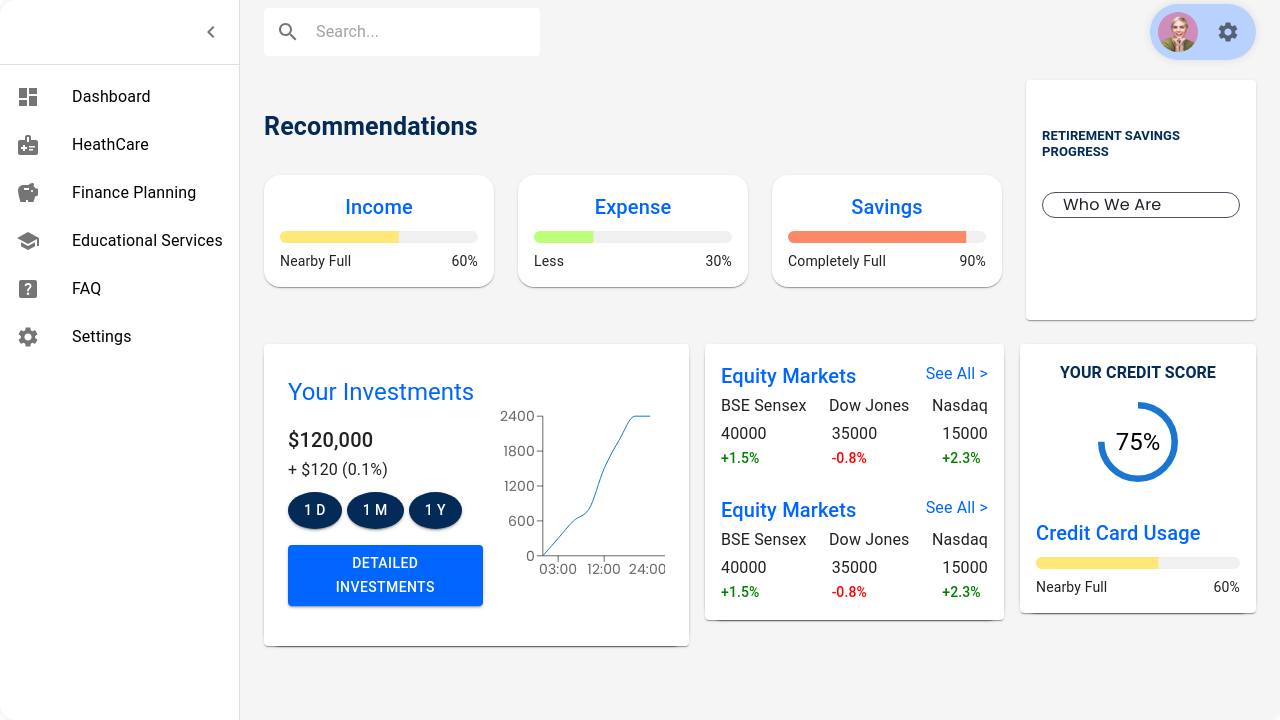
Repository: shubhampirate/TIAA_Retirement_hackathon
Page: /education
These files come from the project's save history. The page is drawn as it stood at one moment and after the next save; the edit follows.
The browser window is 1280 px wide. The pictures show the whole page.
The project was rebuilt for these pictures with package versions that can differ from the ones it lists, and the page was loaded fresh each time. Also part of the build but not shown: src/Components/CustomButton.jsx, src/Components/Navbar.jsx, src/Components/Properties.jsx, src/Components/Footer.jsx, src/Components/Hero.jsx, src/pages/Sign_In.jsx, src/Components/GaugeChart.jsx, src/Components/Dashboard.jsx and 3 more.

Above is the page before, as saved 2023-11-18 18:50:52.

### src/index.css
@import url("https://fonts.googleapis.com/css2?family=Poppins:wght@400;500;700&display=swap");

* {
  margin: 0;
  padding: 0;
  box-sizing: border-box;
  font-family: "Poppins", sans-serif;
}

body {
  margin: 0;
  -webkit-font-smoothing: antialiased;
  -moz-osx-font-smoothing: grayscale;
}

code {
  font-family: source-code-pro, Menlo, Monaco, Consolas, "Courier New",
    monospace;
}

### src/App.jsx
import Hero from "./Components/Hero";
import SignIn from "./pages/Sign_In";
import Dashboard from "./Components/Dashboard";
import Education from "./Components/Education";
import Health from "./Components/Health";
import Settings from "./Components/Settings";
import Questions from "./Components/Questions";
import { Route, Routes } from "react-router-dom";
function App() {
  return (
    <>
      <Routes>
        <Route path="/SignIn" element={<><SignIn /></>} />
        <Route path="/dashboard" element={<><Dashboard /></>} />
        <Route path="/education" element={<><Education /></>} />
        <Route path="/health" element={<><Health /></>} />
        <Route path="/settings" element={<><Settings /></>} />
        <Route path="/questions" element={<><Questions /></>} />
        <Route path="/" element={<><Hero /></>} />
      </Routes>

    </>
  );
}

export default App;

### src/Components/Education.jsx
import * as React from 'react';
import { styled, createTheme, ThemeProvider } from '@mui/material/styles';
import CssBaseline from '@mui/material/CssBaseline';
import MuiDrawer from '@mui/material/Drawer';
import Box from '@mui/material/Box';
import MuiAppBar from '@mui/material/AppBar';
import Toolbar from '@mui/material/Toolbar';
import List from '@mui/material/List';
import Typography from '@mui/material/Typography';
import Divider from '@mui/material/Divider';
import IconButton from '@mui/material/IconButton';
// import Badge from '@mui/material/Badge';
import Container from '@mui/material/Container';
import Grid from '@mui/material/Grid';
import Paper from '@mui/material/Paper';
// import Link from '@mui/material/Link';
import MenuIcon from '@mui/icons-material/Menu';
import ChevronLeftIcon from '@mui/icons-material/ChevronLeft';
// import NotificationsIcon from '@mui/icons-material/Notifications';
import SettingsIcon from '@mui/icons-material/Settings';
import { mainListItems } from './listItems';
// import Chart from './Chart';
import Deposits from './Deposits';

import heroImg_4 from "../media/img_4.jpeg";
import Button from '@mui/material/Button';
import LinearProgress from '@mui/material/LinearProgress';
import YourComponent from './YourComponent';
import SearchIcon from '@mui/icons-material/Search';

import InputBase from '@mui/material/InputBase';



  const Title = styled(Typography)(({ theme }) => ({
    fontSize: "25px",
    color: "#042A57",
    fontWeight: "bold",
    textAlign: "left",
    margin: theme.spacing(4, 0, 4, 0),
    [theme.breakpoints.down("sm")]: {
      fontSize: "30px",
    },
  }));
const drawerWidth = 240;

const AppBar = styled(MuiAppBar, {
  shouldForwardProp: (prop) => prop !== 'open',
})(({ theme, open }) => ({
  zIndex: theme.zIndex.drawer + 1,
  transition: theme.transitions.create(['width', 'margin'], {
    easing: theme.transitions.easing.sharp,
    duration: theme.transitions.duration.leavingScreen,
  }),
  ...(open && {
    marginLeft: drawerWidth,
    width: `calc(100% - ${drawerWidth}px)`,
    transition: theme.transitions.create(['width', 'margin'], {
      easing: theme.transitions.easing.sharp,
      duration: theme.transitions.duration.enteringScreen,
    }),
  }),
}));


const ProgressBarBox = ({ title, value }) => {
    let indicatorText = '';
    let color = '';

    if (value <= 30) {
      indicatorText = 'Less';
      color = '#BDFF7B';
    } else if (value <= 70) {
      indicatorText = 'Nearby Full';
      color = '#FFE779';
    } else {
      indicatorText = 'Completely Full';
      color = '#FC8965';
    }

    return (
      <Grid item xs={12} sm={6} md={4}>
        <Paper
          sx={{
            p: 2,
            display: 'flex',
            flexDirection: 'column',
            alignItems: 'center',
            borderRadius: '16px',
          }}
        >
          <Typography variant="h6" sx={{ mb: 1, color: "#0066FF" }}>
            {title}
          </Typography>
          <LinearProgress
          variant="determinate"
          value={value}
          sx={{
            width: '100%',
            height: '12px',
            borderRadius: '8px',
            backgroundColor: '#f0f0f0',
            marginBottom: '8px',
            '& .MuiLinearProgress-bar': {
              backgroundColor: color,
            },
          }}
        />

          <Box
          sx={{
            display: 'flex',
            justifyContent: 'space-between',
            width: '100%',

          }}
        >
          <Typography variant="body2">{indicatorText}</Typography>
          <Typography variant="body2">{value}%</Typography>
        </Box>
        </Paper>
      </Grid>
    );
  };
const Drawer = styled(MuiDrawer, { shouldForwardProp: (prop) => prop !== 'open' })(
  ({ theme, open }) => ({
    '& .MuiDrawer-paper': {
      position: 'relative',
      whiteSpace: 'nowrap',
      width: drawerWidth,
      transition: theme.transitions.create('width', {
        easing: theme.transitions.easing.sharp,
        duration: theme.transitions.duration.enteringScreen,
      }),
      boxSizing: 'border-box',
      ...(!open && {
        overflowX: 'hidden',
        transition: theme.transitions.create('width', {
          easing: theme.transitions.easing.sharp,
          duration: theme.transitions.duration.leavingScreen,
        }),
        width: theme.spacing(7),
        [theme.breakpoints.up('sm')]: {
          width: theme.spacing(9),
        },
      }),
    },
  }),
);

// TODO remove, this demo shouldn't need to reset the theme.
const defaultTheme = createTheme();

export default function Education() {
  const [open, setOpen] = React.useState(true);
  const toggleDrawer = () => {
    setOpen(!open);
  };

  return (
    <ThemeProvider theme={defaultTheme}>
      <Box sx={{ display: 'flex', borderRadius: '16px', overflow: 'hidden', boxShadow: '0px 0px 10px rgba(0, 0, 0, 0.1)' }} >
        <CssBaseline />

<AppBar position="absolute" open={open} sx={{ backgroundColor: "whitesmoke", boxShadow: 'none' }}>
  <Toolbar
    sx={{
      pr: '24px', // keep right padding when drawer closed
      display: 'flex',
      alignItems: 'center',
      justifyContent: 'space-between',
    }}
  >
    <Box sx={{ display: 'flex', alignItems: 'center' }}>
      <IconButton
        edge="start"
        aria-label="open drawer"
        onClick={toggleDrawer}
        sx={{
          marginRight: '36px',
          ...(open && { display: 'none' }),
          backgroundColor: "#fff"
        }}
      >
        <MenuIcon  />
      </IconButton>

      {/* Search tab */}
      <Box sx={{ display: 'flex', alignItems: 'center', backgroundColor: 'white', borderRadius: '4px', padding: '4px' }}>
        <IconButton>
          <SearchIcon />
        </IconButton>
        <InputBase
          placeholder="Search..."
          sx={{ ml: 1 }}
        />
      </Box>

    </Box>

    <Box sx={{ display: 'flex', alignItems: 'center', backgroundColor: '#B9D2FD', boxShadow: '0px 0px 10px rgba(0, 0, 0, 0.1)', borderRadius: '40px', padding: '8px' }}>
      {/* User profile image */}
      <img
        src={heroImg_4}
        alt="User Profile"
        style={{ borderRadius: '50%', width: '40px', height: '40px', marginRight: '10px' }}
      />

      {/* Settings button */}
      <IconButton>
        <SettingsIcon />
      </IconButton>
    </Box>
  </Toolbar>
</AppBar>

        <Drawer variant="permanent" open={open}>
          <Toolbar
            sx={{
              display: 'flex',
              alignItems: 'center',
              justifyContent: 'flex-end',
              px: [1],
            }}
          >
            <IconButton onClick={toggleDrawer}>
              <ChevronLeftIcon />
            </IconButton>
          </Toolbar>
          <Divider />
          <List component="nav">
            {mainListItems}
            {/* <Divider sx={{ my: 1 }} /> */}
            {/* {secondaryListItems} */}
          </List>
        </Drawer>
        <Box
          component="main"
          sx={{
            backgroundColor: (theme) =>
              theme.palette.mode === 'light'
                ? theme.palette.grey[100]
                : theme.palette.grey[900],
            flexGrow: 1,
            height: '100vh',
            overflow: 'auto',

          }}
        >
          <Toolbar />
          <Container maxWidth="lg" sx={{ mt: 2 , mb: 4 }}>
            <Grid container spacing={3}>

            <Grid item xs={12} md={8} lg={9}>

  <Title variant="h4" sx={{color: "#042A57"}}>
             Recommendations
            </Title>
            <Grid container spacing={3}>
      <ProgressBarBox title="Income" value={60} />
      <ProgressBarBox title="Expense" value={30} />
      <ProgressBarBox title="Savings" value={90} />
    </Grid>
</Grid>


               {/* Recent Deposits */}
              <Grid item xs={12} md={4} lg={3}>
                <Paper
                  sx={{
                    p: 2,
                    display: 'flex',
                    flexDirection: 'column',
                    height: 240,
                  }}
                >
                  <Deposits />
                </Paper>
              </Grid>
              {/* Recent Orders */}
              <Grid item xs={12}>
                {/* <Paper sx={{ p: 2, display: 'flex', flexDirection: 'column' }}> */}
                  <YourComponent />
                {/* </Paper> */}
              </Grid>
            </Grid>

          </Container>
        </Box>
      </Box>
    </ThemeProvider>
  );
}

### src/Components/listItems.jsx
import * as React from 'react';
import ListItemButton from '@mui/material/ListItemButton';
import ListItemIcon from '@mui/material/ListItemIcon';
import ListItemText from '@mui/material/ListItemText';
import DashboardIcon from '@mui/icons-material/Dashboard';
import MedicalInformationIcon from '@mui/icons-material/MedicalInformation';
import SavingsIcon from '@mui/icons-material/Savings';
import SchoolIcon from '@mui/icons-material/School';
import HelpCenterIcon from '@mui/icons-material/HelpCenter';
import SettingsIcon from '@mui/icons-material/Settings';
import { Link } from 'react-router-dom';


export const mainListItems = (
  <React.Fragment>
    <Link to="/dashboard" style={{ textDecoration: "none", color: "black" }}>
      <ListItemButton>
        <ListItemIcon>
          <DashboardIcon />
        </ListItemIcon>
        <ListItemText primary="Dashboard" />
      </ListItemButton>
    </Link>
    <Link to="/health" style={{ textDecoration: "none", color: "black" }}>
      <ListItemButton>
        <ListItemIcon>
          <MedicalInformationIcon />
        </ListItemIcon>
        <ListItemText primary="HeathCare" />
      </ListItemButton>
    </Link>
    <Link to="/dashboard" style={{ textDecoration: "none", color: "black" }}>
      <ListItemButton>
        <ListItemIcon>
          <SavingsIcon />
        </ListItemIcon>
        <ListItemText primary="Finance Planning" />
      </ListItemButton>
    </Link>
    <Link to="/education" style={{ textDecoration: "none", color: "black" }}>
      <ListItemButton>
        <ListItemIcon>
          <SchoolIcon />
        </ListItemIcon>
        <ListItemText primary="Educational Services" />
      </ListItemButton>
    </Link>
    <Link to="/questions" style={{ textDecoration: "none", color: "black" }}>
      <ListItemButton>
        <ListItemIcon>
          <HelpCenterIcon />
        </ListItemIcon>
        <ListItemText primary="FAQ" />
      </ListItemButton>
    </Link>
    <Link to="/settings" style={{ textDecoration: "none", color: "black" }}>
      <ListItemButton>
        <ListItemIcon>
          <SettingsIcon />
        </ListItemIcon>
        <ListItemText primary="Settings" />
      </ListItemButton>
    </Link>
  </React.Fragment >
);

// export const secondaryListItems = (
//   <React.Fragment>
//     <ListSubheader component="div" inset>
//       Saved reports
//     </ListSubheader>
//     <ListItemButton>
//       <ListItemIcon>
//         <AssignmentIcon />
//       </ListItemIcon>
//       <ListItemText primary="Current month" />
//     </ListItemButton>
//     <ListItemButton>
//       <ListItemIcon>
//         <AssignmentIcon />
//       </ListItemIcon>
//       <ListItemText primary="Last quarter" />
//     </ListItemButton>
//     <ListItemButton>
//       <ListItemIcon>
//         <AssignmentIcon />
//       </ListItemIcon>
//       <ListItemText primary="Year-end sale" />
//     </ListItemButton>
//   </React.Fragment>
// );

### src/Components/Deposits.jsx
import * as React from 'react';
import Link from '@mui/material/Link';
import Typography from '@mui/material/Typography';
// import Title from './Title';
import { styled, createTheme, ThemeProvider } from '@mui/material/styles';
import GaugeChart from './GaugeChart';


function preventDefault(event) {
  event.preventDefault();
}
const Title = styled(Typography)(({ theme }) => ({
  fontSize: "13px",
  color: "#042A57",
  fontWeight: "bold",
  textAlign: "left",
  margin: theme.spacing(4, 0, 4, 0),
  [theme.breakpoints.down("sm")]: {
    fontSize: "20px",
  },
}))
export default function Deposits() {
  return (
    <React.Fragment>
<Title variant="h4" sx={{color: "#042A57"}}>
RETIREMENT SAVINGS PROGRESS
            </Title>

            <div style={{
           display: 'inline-flex',
           alignItems: 'center', // Align items vertically in the center
           border: '0.5px solid #4B5162',
           paddingRight: '20px',
           paddingLeft: '20px',
           borderRadius: '30px'
    }}>


       <p >Who We Are</p>
        {/* <GaugeChart/> */}
    </div>

      <div>
        <Link color="primary" href="#" onClick={preventDefault}>
        </Link>
      </div>
    </React.Fragment>
  );
}

### src/Components/YourComponent.jsx
import React from 'react';
import { Box,Grid, Paper, Typography, CircularProgress, LinearProgress, Button } from '@mui/material';
import Chart from './Chart';
// import ArrowForwardIcon from '@mui/icons-material/ArrowForward';



const InvestmentsBox = () => (
  <Paper sx={{ pt: 4,pb:4, pl:3, pr:3, display: 'flex', flexDirection: 'column', alignItems: 'center' }}>
    <div style={{ display: 'flex', justifyContent: 'space-between', width: '100%' }}>
      <div style={{ textAlign: 'left' }}>
        <Typography variant="h5" sx={{color: '#0066FF' }}>Your Investments</Typography>
        <Typography variant="h6" sx={{mt:2}}>$120,000</Typography>
        <Typography variant="subtitle1">+ $120 (0.1%)</Typography>
        {/* Options to choose from */}
        <div style={{ display: 'flex', marginTop: '8px' }}>
          <Button
            variant="contained"
            style={{
              backgroundColor: '#042A57',
              color: '#FFF',
              borderRadius: '70%',
              minWidth: 'unset',
              marginRight: '5px',
            }}
          >
            1 D
          </Button>
          <Button
            variant="contained"
            style={{
              backgroundColor: '#042A57',
              color: '#FFF',
              borderRadius: '50%',
              minWidth: 'unset',
              marginRight: '5px',
            }}
          >
            1 M
          </Button>
          <Button
            variant="contained"
            style={{
              backgroundColor: '#042A57',
              color: '#FFF',
              borderRadius: '50%',
              minWidth: 'unset',
            }}
          >
            1 Y
          </Button>
        </div>
        <Button variant="contained"  sx={{ width: '100%', backgroundColor: '#0066FF', color: '#fff', mb:1 ,mt:{xs:0, md:2}  }}>
        Detailed Investments
        </Button>
      </div>
      {/* Chart (replace with your actual chart component) */}
      <div style={{ width: '50%', height: '150px', backgroundColor: '#fff' }}>
        {/* Replace this div with your actual chart component */}
        <div style={{ width: '100%', height: '140%', display: 'flex', justifyContent: 'center', alignItems: 'center' }}>
          <Chart />
        </div>
      </div>
    </div>
  </Paper>
);


const EquityMarketsBox = () => {
  // Mock data for market values
  const marketData = [
    { name: 'BSE Sensex', currentPrice: 40000, increasePercentage: 1.5 },
    { name: 'Dow Jones', currentPrice: 35000, increasePercentage: -0.8 },
    { name: 'Nasdaq', currentPrice: 15000, increasePercentage: 2.3 },
  ];

  return (
    <Paper sx={{ p: 2, display: 'flex', flexDirection: 'column' }}>
  <Typography variant="h6" style={{ display: 'flex', justifyContent: 'space-between', color: '#0066FF' }}>
        Equity Markets
        <Typography variant="subtitle1" style={{ cursor: 'pointer' }}>
          See All &gt;
        </Typography>
      </Typography>
    {/* Display market names in the first line */}
    <div style={{ display: 'flex', justifyContent: 'space-between' }}>
      {marketData.map((market) => (
        <Typography key={market.name} variant="subtitle1">{market.name}</Typography>
      ))}
    </div>
    {/* Display market values in the second line */}
    <div style={{ display: 'flex', justifyContent: 'space-between' }}>
      {marketData.map((market) => (
        <div key={market.name}>
          <Typography variant="subtitle1">{market.currentPrice}</Typography>
          <Typography variant="subtitle2" style={{ color: market.increasePercentage >= 0 ? 'green' : 'red' }}>
            {market.increasePercentage >= 0 ? '+' : ''}{market.increasePercentage}%
          </Typography>
        </div>
      ))}
    </div>
 <br />
  <Typography variant="h6" style={{ display: 'flex', justifyContent: 'space-between', color: '#0066FF' }}>
        Equity Markets
        <Typography variant="subtitle1" style={{ cursor: 'pointer' }}>
          See All &gt;
        </Typography>
      </Typography>
    {/* Display market names in the first line */}
    <div style={{ display: 'flex', justifyContent: 'space-between' }}>
      {marketData.map((market) => (
        <Typography key={market.name} variant="subtitle1">{market.name}</Typography>
      ))}
    </div>
    {/* Display market values in the second line */}
    <div style={{ display: 'flex', justifyContent: 'space-between' }}>
      {marketData.map((market) => (
        <div key={market.name}>
          <Typography variant="subtitle1">{market.currentPrice}</Typography>
          <Typography variant="subtitle2" style={{ color: market.increasePercentage >= 0 ? 'green' : 'red' }}>
            {market.increasePercentage >= 0 ? '+' : ''}{market.increasePercentage}%
          </Typography>
        </div>
      ))}
    </div>

  </Paper>
);
};



// Component for the third box
  // Component for the first box
const ProgressBarBox = ({ title, value }) => {
    let indicatorText = '';
    let color = '';

    if (value <= 30) {
      indicatorText = 'Less';
      color = '#BDFF7B';
    } else if (value <= 70) {
      indicatorText = 'Nearby Full';
      color = '#FFE779';
    } else {
      indicatorText = 'Completely Full';
      color = '#FC8965';
    }

    return (
      <Grid container>
        <Typography variant="h6" sx={{ mb: 1, color: "#0066FF" }}>
          {title}
        </Typography>
        <LinearProgress
          variant="determinate"
          value={value}
          sx={{
            width: '100%',
            height: '12px',
            borderRadius: '8px',
            backgroundColor: '#f0f0f0',
            marginBottom: '8px',
            '& .MuiLinearProgress-bar': {
              backgroundColor: color,
            },
          }}
        />
        <Box
          sx={{
            display: 'flex',
            justifyContent: 'space-between',
            width: '100%',
          }}
        >
          <Typography variant="body2">{indicatorText}</Typography>
          <Typography variant="body2">{value}%</Typography>
        </Box>
      </Grid>
    );
  };

  // Component for the third box
  const CreditScoreBox = () => (
    <Paper sx={{ p: 2, display: 'flex', flexDirection: 'column', alignItems: 'center', position: 'relative' }}>
      <Typography variant="h6" sx={{mb:{xs:0, md:2}, color: "#042A57", fontSize: "16px", fontWeight: "bold"}}>YOUR CREDIT SCORE</Typography>
      {/* <br /> */}
      {/* Circular Progress Bar */}
      <div style={{ position: 'relative', width: '80px', height: '80px', marginBottom:"35px" }}>
        <CircularProgress variant="determinate" value={75} size={80} />
        {/* Display the percentage in the center of the circular progress bar */}
        <Typography
          variant="h5"
          style={{
            position: 'absolute',
            top: '50%',
            left: '50%',
            transform: 'translate(-50%, -50%)',
            color: '#000', // Adjust text color as needed
          }}
        >
          75%
        </Typography>
      </div>
      {/* <br /> */}
      {/* Include ProgressBarBox with the entire width */}
      <ProgressBarBox title="Credit Card Usage" value={60} />
    </Paper>
  );

// Main component
const YourComponent = () => (
  <Grid container spacing={2}>
    <Grid item xs={12} md={9}>
      <Grid container spacing={2} style={{ height: '100%' }}>
        <Grid item xs={12} md={8} lg={7}>
          <Paper sx={{ borderRadius: '16px' }}>
            <InvestmentsBox />
          </Paper>
        </Grid>
        <Grid item xs={12} md={4} lg={5}>
          <Paper sx={{ borderRadius: '16px' }}>
            <EquityMarketsBox />
          </Paper>
        </Grid>
      </Grid>
    </Grid>
    <Grid item xs={12} md={3}>
      <Paper sx={{ borderRadius: '16px' }}>
        <CreditScoreBox />
      </Paper>
    </Grid>
  </Grid>
);

export default YourComponent;

### src/Components/Chart.jsx
import * as React from 'react';
import { useTheme } from '@mui/material/styles';
import { LineChart, Line, XAxis, YAxis, Label, ResponsiveContainer } from 'recharts';
// import Title from './Title';

// Generate Sales Data
function createData(time, amount) {
  return { time, amount };
}

const data = [
  createData('00:00', 0),
  createData('03:00', 300),
  createData('06:00', 600),
  createData('09:00', 800),
  createData('12:00', 1500),
  createData('15:00', 2000),
  createData('18:00', 2400),
  createData('21:00', 2400),
  createData('24:00', undefined),
];

export default function Chart() {
  const theme = useTheme();

  return (
    <React.Fragment>
      {/* <Title>Today</Title> */}
      <ResponsiveContainer>
        <LineChart
          data={data}
          margin={{
            top: 40,
            right: 0,
            bottom: 0,
            left: 0,
          }}
          backgroundColor="white"

        >
          <XAxis
            dataKey="time"
            stroke={theme.palette.text.secondary}
            style={theme.typography.body2}
          />
          <YAxis
            stroke={theme.palette.text.secondary}
            style={theme.typography.body2}
          >
            {/* <Label
              angle={270}
              position="left"
              style={{
                textAnchor: 'middle',
                fill: theme.palette.text.primary,
                ...theme.typography.body1,
              }}
            >
              Sales ($)
            </Label> */}
          </YAxis>
          <Line
            isAnimationActive={false}
            type="monotone"
            dataKey="amount"
            stroke={theme.palette.primary.main}
            dot={false}
          />
        </LineChart>
      </ResponsiveContainer>
    </React.Fragment>
  );
}

Loaded but not shown: public/index.html (common file); src/index.js (common file)

After the next save:
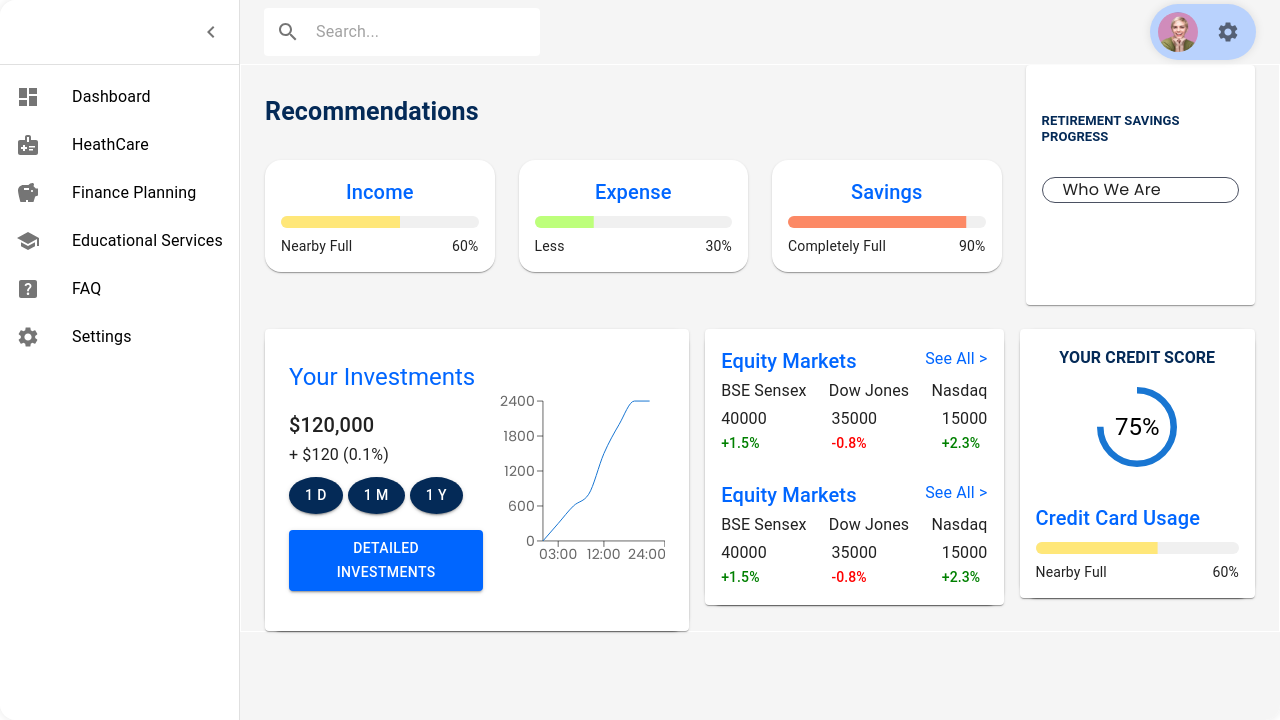
Saved 58 s later.
--- a/src/Components/Education.jsx
+++ b/src/Components/Education.jsx
@@ -248,7 +248,7 @@ export default function Education() {
           }}
         >
           <Toolbar />
-          <Container maxWidth="lg" sx={{ mt: 2 , mb: 4 }}>
+          <Container maxWidth="lg" sx={{ mt: 2 , mb: 4 }} sx={{border: '1px solid #fff'}}>
             <Grid container spacing={3}>
 
             <Grid item xs={12} md={8} lg={9}>
